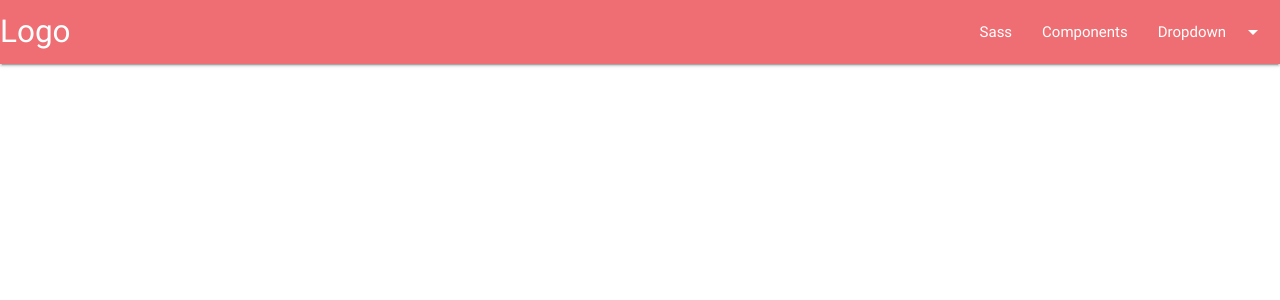
Repository: connor-blackburn/gutsy
Page: http://localhost/
The author's editor kept a record of every edit. The page is drawn from the files as they stood at one moment, then again after the next edit.
The browser window is 1280 px wide. The pictures show the whole page.
Some web libraries are served in a nearby version. The page is served by the project's application, run on Flask 3 (app.py). Queries for data that is not in the repository find no rows.

Above is the page before.

### templates/recipes.html
{% extends 'base.html' %} {% block content %} {% for recipe in recipes%}

<ul class="collapsible popout">
    <li>
        <div class="collapsible-header"><i class="material-icons">restaurant_menu</i>{{recipe.cuisine_name}} - {{recipe.dish_name}} - {{recipe.dish_difficulty}}</div>
        <div class="collapsible-body"><span>
            <h4>{{recipe.dish_name}}</4>
            <h5>Ingredients:</h5>
            <ul>
                <li>{{recipe.ingredient_1}}</li>
                <li>{{recipe.ingredient_2}}</li>
                <li>{{recipe.ingredient_3}}</li>
                <li>{{recipe.ingredient_4}}</li>
                <li>{{recipe.ingredient_5}}</li>
                <li>{{recipe.ingredient_6}}</li>
                <li>{{recipe.ingredient_7}}</li>
                <li>{{recipe.ingredient_8}}</li>
                <li>{{recipe.ingredient_9}}</li>
            </ul>
            <br/>
            <h5>Steps:</h5>
            <ul>
                <li>1. {{recipe.step_1}}</li><br/>
                <li>2. {{recipe.step_2}}</li><br/>
                <li>3. {{recipe.step_3}}</li><br/>
                <li>4. {{recipe.step_4}}</li><br/>
            </ul>
        </span></div>
    </li>
    <li>
        <div class="collapsible-header"><i class="material-icons">restaurant_menu</i>Second</div>
        <div class="collapsible-body"><span>Lorem ipsum dolor sit amet.</span></div>
    </li>
    <li>
        <div class="collapsible-header"><i class="material-icons">restaurant_menu</i>Third</div>
        <div class="collapsible-body"><span>Lorem ipsum dolor sit amet.</span></div>
    </li>
</ul>

{% endfor %}
{% endblock %}

### templates/base.html
<!DOCTYPE html>
<html>

<head>
    <link href="https://fonts.googleapis.com/icon?family=Material+Icons" rel="stylesheet">
    <link rel="stylesheet" href="https://cdnjs.cloudflare.com/ajax/libs/materialize/0.100.2/css/materialize.min.css">
</head>

<body>
    <header>
        <!-- Dropdown Structure -->
        <ul id="dropdown1" class="dropdown-content">
            <li><a href="#!">Search</a></li>
            <li><a href="#!">Create</a></li>
            <li class="divider"></li>
            <li><a href="#!">Edit</a></li>
        </ul>
        <nav>
            <div class="nav-wrapper">
                <a href="#!" class="brand-logo">Logo</a>
                <ul class="right hide-on-med-and-down">
                    <li><a href="sass.html">Sass</a></li>
                    <li><a href="badges.html">Components</a></li>
                    <!-- Dropdown Trigger -->
                    <li><a class="dropdown-trigger" href="#!" data-target="dropdown1">Dropdown<i class="material-icons right">arrow_drop_down</i></a></li>
                </ul>
            </div>
        </nav>
    </header>
    {% block content %} {% endblock %}

    <script src="https://cdnjs.cloudflare.com/ajax/libs/jquery/3.2.1/jquery.min.js"></script>
    <script src="https://cdnjs.cloudflare.com/ajax/libs/materialize/0.100.2/js/materialize.min.js"></script>
    <script type="text/javascript">
        $(document).ready(function() {
            $('.collapsible').collapsible();
            $(".dropdown-trigger").dropdown();
        });
    </script>
</body>

</html>

### app.py
import os
from flask import Flask, render_template, redirect, request, url_for
from flask_pymongo import PyMongo
from bson.objectid import ObjectId

app = Flask(__name__)

app.config["MONGO_DBNAME"] = 'cookbook'
app.config["MONGO_URI"] = os.environ.get('MONGO_URI')

mongo = PyMongo(app)

@app.route('/')
@app.route('/get_recipes')
def hello():
    return render_template('recipes.html', recipes=mongo.db.recipes.find())


if __name__ == '__main__':
    app.run(host=os.environ.get('IP'),
        port=int(os.environ.get('PORT')),
        debug=True)

After the next edit:
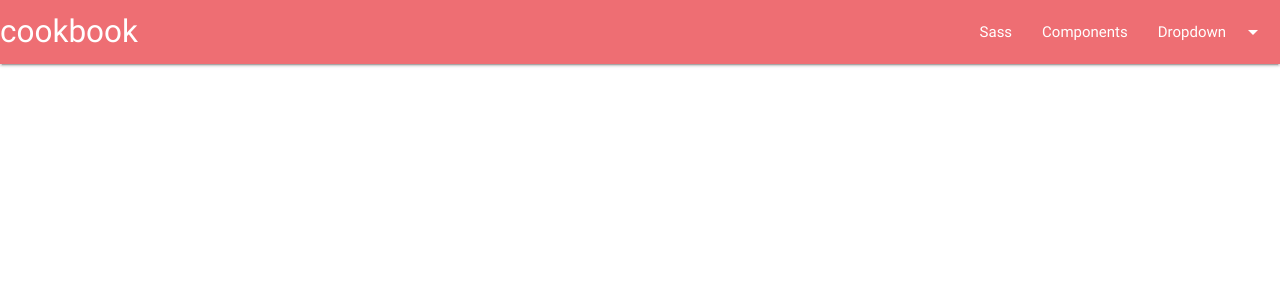
The edit:
--- a/templates/base.html
+++ b/templates/base.html
@@ -17,7 +17,7 @@
         </ul>
         <nav>
             <div class="nav-wrapper">
-                <a href="#!" class="brand-logo">Logo</a>
+                <a href="#!" class="brand-logo">cookbook</a>
                 <ul class="right hide-on-med-and-down">
                     <li><a href="sass.html">Sass</a></li>
                     <li><a href="badges.html">Components</a></li>
